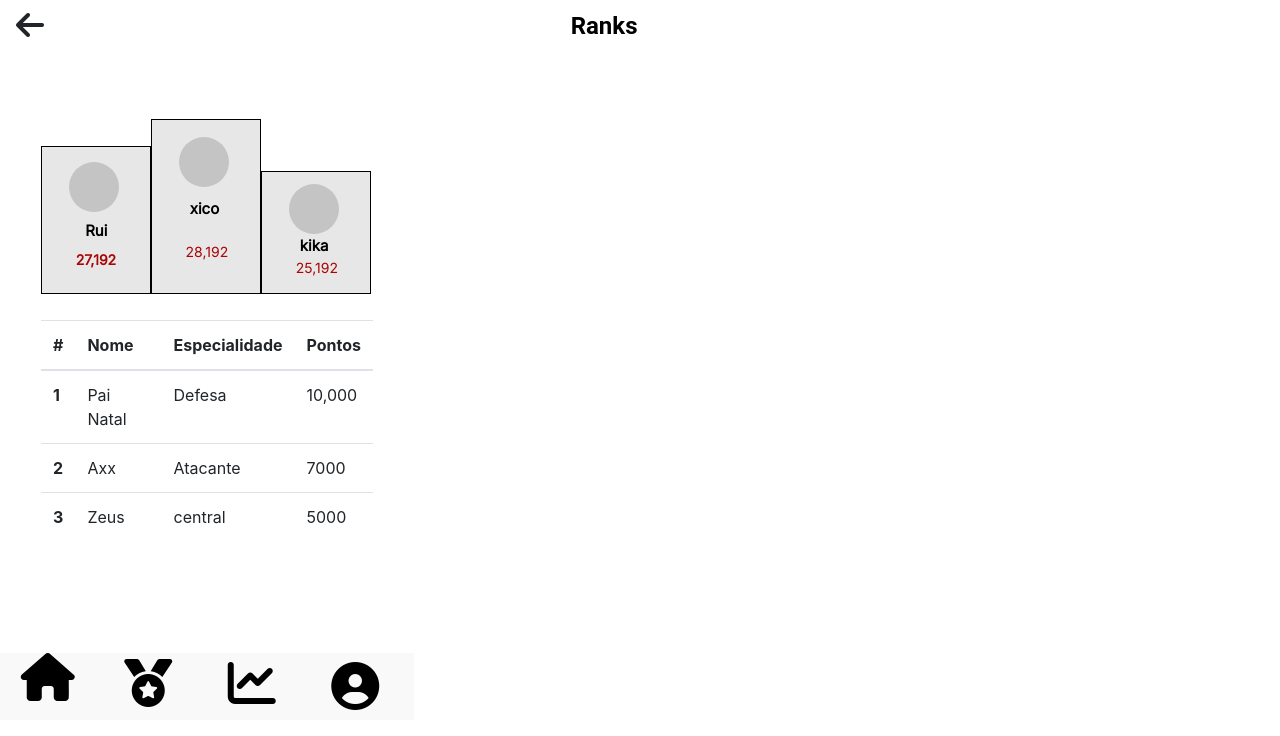
Repository: grupodetrabalhoeficiente/D213
Page: D213/Frontend/Ranks.html
The author's editor kept a record of every edit. The page is drawn from the files as they stood at one moment, then again after the next edit.
The browser window is 1280 px wide. The pictures show the whole page.
The page's requests for data from a server got no answer. Some web libraries are served in a nearby version.

Above is the page before.

### D213/Frontend/Ranks.html
<!DOCTYPE html>
<html lang="en">

<head>
  <meta name="viewport" content="width=device-width, initial-scale=1, maximum-scale=1, user-scalable=no">
  <meta charset="utf-8">
  <link href="https://fonts.googleapis.com/css?family=Inter&display=swap" rel="stylesheet" />
  <link href="Ranks.css" rel="stylesheet" />
  <script src="https://kit.fontawesome.com/e195162fd2.js" crossorigin="anonymous"></script>
  <link rel="stylesheet" href="https://stackpath.bootstrapcdn.com/bootstrap/4.5.2/css/bootstrap.min.css" integrity="sha384-JcKb8q3iqJ61gNV9KGb8thSsNjpSL0n8PARn9HuZOnIxN0hoP+VmmDGMN5t9UJ0Z" crossorigin="anonymous">
  <title>Ranking</title>
</head>

<body>
  <!--navbar-->
    <nav class="navbar fixed-top">
        <a><i id="goBack"class="fas fa-arrow-left fa-2x"></i></a>
        <span class="title">Ranks</span>
    </nav>
  <div class="Ranking">

    <div class="Primeiro_lugar">
      <span id="Nome1"class="Nome_1">xico</span>
      <span id="Pontos1" class="Pontos_1">28,192</span>
      <div id="Imagem1"class="Imagem_1"></div>
    </div>
    <div class="Segundo_lugar">
      <span id="Nome2"class="Nome_2">Rui</span>
      <span id="Pontos2"class="Pontos_2">27,192</span>
      <div id="Imagem2"class="Imagem_2"></div>
    </div>

    <div class="Terceiro_lugar">
      <span id="Nome3"class="Nome_3">kika</span>
      <span id="Pontos3"class="Pontos_3">25,192</span>
      <div id="Imagem3"class="Imagem_3"></div>
    </div>
    <section class="tabela_ranks">
      <table id="table" class="table">
        <thead>
          <tr>
            <th scope="col">#</th>
            <th scope="col">Nome</th>
            <th scope="col">Especialidade</th>
            <th scope="col">Pontos</th>
          </tr>
        </thead>
        <tbody>
          <tr>
            <th scope="row">1</th>
            <td>Pai Natal</td>
            <td>Defesa</td>
            <td>10,000</td>
          </tr>
          <tr>
            <th scope="row">2</th>
            <td>Axx</td>
            <td>Atacante</td>
            <td>7000</td>
          </tr>
          <tr>
            <th scope="row">3</th>
            <td>Zeus</td>
            <td>central</td>
            <td>5000</td>
          </tr>
        </tbody>
      </table>
    </section>
     <nav class="menubar fixed-bottom">
        <ul class="nav navbar-nav">
          <li><a href="MenuPrincipal.html"><i class="fa fa-home fa-3x"></i></a></li>
          <li><a href="#"><i class="fa fa-medal fa-3x"></i></a></li>
          <li><a href="HistoricoOcorrencias.html"><i class="fa fa-chart-line fa-3x"></i></a></li>
          <li><a href="PerfilUpdate.html"><i class="fas fa-user-circle fa-3x"></i></a></li>
        </ul>
      </nav>
  </div>
  <script src="https://code.jquery.com/jquery-3.5.1.slim.min.js" integrity="sha384-DfXdz2htPH0lsSSs5nCTpuj/zy4C+OGpamoFVy38MVBnE+IbbVYUew+OrCXaRkfj" crossorigin="anonymous"></script>
  <script src="https://cdn.jsdelivr.net/npm/bootstrap@4.5.3/dist/js/bootstrap.bundle.min.js" integrity="sha384-ho+j7jyWK8fNQe+A12Hb8AhRq26LrZ/JpcUGGOn+Y7RsweNrtN/tE3MoK7ZeZDyx" crossorigin="anonymous"></script>
  <script type="text/javascript" src="./fetch/ranks.controller.js"></script>
</body>

</html>

### D213/Frontend/Ranks.css

.Ranking {
  width: 414px;
  height: 736px;
  background: rgba(255,255,255,1);
  opacity: 1;
  position: absolute;
  top: 0px;
  left: 0px;
  overflow: hidden;
}
.title {
  color: rgba(0,0,0,1);
  font-family: Roboto;
  font-weight:Bolder;
  font-size: 24px;
  opacity: 1;
  z-index:1;
  position:relative;
  margin-left:auto;
  margin-right:auto;
  right:4%;
}
.Titulo_pagina{
   display: inline-block;
   text-align:center;
   font-size:20px;
   font-family: 'Inter', sans-serif;
   font-weight: bold;
   top: 10%;
   position:relative;
  }
  #nav_top_ranks {
    width: 100%;
    display: inline-block;
    text-align: center;
    padding: 0;
    list-style: none;
    background-color: 0;
    margin-left: 0px;
    margin-top:10px;
  }

  /*quadrados dos ranks*/
.Primeiro_lugar {
  width: 110px;
  height: 175px;
  background: rgba(231,231,231,1);
  opacity: 1;
  position: absolute;
  top: 119px;
  left: 151px;
  border: 1px solid rgba(0,0,0,1);
  overflow: hidden;
}
.Segundo_lugar {
  width: 110px;
  height: 148px;
  background: rgba(231,231,231,1);
  opacity: 1;
  position: absolute;
  top: 146px;
  left: 41px;
  border: 1px solid rgba(0,0,0,1);
  overflow: hidden;
}
.Terceiro_lugar {
  width: 110px;
  height: 123px;
  background: rgba(231,231,231,1);
  opacity: 1;
  position: absolute;
  top: 171px;
  left: 261px;
  border: 1px solid rgba(0,0,0,1);
  overflow: hidden;
}

.Nome_2 {
  width: fit-content;
  color: rgba(0,0,0,1);
  position: absolute;
  top: 50%;
  left: 40%;
  font-family: 'Inter', sans-serif;
  font-weight: bold;
  font-size: 15px;
  opacity: 1;
  text-align: center;
}
.Nome_1 {
  width: fit-content;
  color: rgba(0,0,0,1);
  position: absolute;
  top: 45%;
  left: 35%;
  font-family: 'Inter', sans-serif;
  font-weight: bolder;                        /* font-weight: normal,bold,bolder,lighter,100,200,300,400,500,600,700,800,900  */
  font-size: 15px;
  opacity: 1;
  text-align: center;
}
.Nome_3 {
  width: fit-content;
  color: rgba(0,0,0,1);
  position: absolute;
  top: 52%;
  left: 35%;
  font-family: 'Inter', sans-serif;
  font-weight: bolder;
  font-size: 15px;
  opacity: 1;
  text-align: center;
}
.Imagem_2 {
  width: 50px;
  height: 50px;
  background: rgba(196,196,196,1);
  opacity: 1;
  position: absolute;
  top: 10%;
  left: 25%;
  border-radius: 50%;
}
.Imagem_3 {
  width: 50px;
  height: 50px;
  background: rgba(196,196,196,1);
  opacity: 1;
  position: absolute;
  top: 10%;
  left: 25%;
  border-radius: 50%;
}
.Imagem_1 {
  width: 50px;
  height: 50px;
  background: rgba(196,196,196,1);
  opacity: 1;
  position: absolute;
  top: 10%;
  left: 25%;
  border-radius: 50%;
}
.Pontos_2 {
  width: 43px;
  color: rgba(171,4,4,1);
  position: absolute;
  top: 70%;
  left: 30%;
  font-family: 'Inter', sans-serif;
  font-weight: bold;
  font-size: 14px;
  opacity: 1;
  text-align: center;
}
.Pontos_3 {
  width: 45px;
  color: rgba(171,4,4,1);
  position: absolute;
  top: 70%;
  left: 30%;
  font-family: 'Inter', sans-serif;
  font-weight: Semi Bold;
  font-size: 14px;
  opacity: 1;
  text-align: center;
}
.Pontos_1 {
  width: 45px;
  color: rgba(171,4,4,1);
  position: absolute;
  top: 70%;
  left: 30%;
  font-family: 'Inter', sans-serif;
  font-size: 14px;
  opacity: 1;
  text-align: center;
}

/*fim do quadro de rank*/
.tabela_ranks {
  width: 332px;
  height: 323px;
  background: rgba(255,255,255,0);
  opacity: 1;
  position: absolute;
  top: 320px;
  left: 41px;
  overflow: hidden;
}
/* Bottom Bar */
.menubar {
    width:100%;
    height:100%;
    max-height:67px;
    max-width:414px;
    background-color: rgba(226,225,225,0.2199999988079071);
    z-index:1;
    float: center;
    overflow: hidden;
    display:block;
}
.menubar i:hover {
    color:red;
}
.fa-home {
    color: rgba(0,0,0,1);
    opacity: 1;
    position: relative;
    top: 10%;
    left:5%;
    z-index:2;
}
.fa-medal {
    color: rgba(0,0,0,1);
    opacity: 1;
    position: absolute;
    bottom: 20%;
    left: 30%;
    z-index:2;
}
.fa-chart-line {
    color: rgba(0,0,0,1);
    opacity: 1;
    position: absolute;
    bottom: 20%;
    left: 55%;
    z-index:2;
}
.fa-user-circle {
    color: rgba(0,0,0,1);
    opacity: 1;
    position: absolute;
    bottom: 15%;
    left: 80%;
    z-index:2;
}
/*Fim da bottom bar*/

### D213/Frontend/fetch/ranks.controller.js
 function fillTable() {
     fetch('https://bdc5dcf6bca04b39ab10a706cdb79f29.vfs.cloud9.us-east-1.amazonaws.com/operationals')
         .then(res => res.json())
         .then((out) => {
             let count = 1;
             $('#table tbody').empty();
             $.each(out, function(index, value) {
                 if (value.points != undefined) {
                     if (count == 1) {
                         document.getElementById("Nome1").innerHTML = value.name;
                         document.getElementById("Pontos1").innerHTML = value.points; // mudar isto para a funçae certa
                         count++;
                     }
                     else {
                         if (count == 2) {
                             document.getElementById("Nome2").innerHTML = value.name;
                             document.getElementById("Pontos2").innerHTML = value.points; // mudar isto para a funçae certa
                             count++;
                         }
                         else {
                             if (count == 3) {
                                 document.getElementById("Nome3").innerHTML = value.name;
                                 document.getElementById("Pontos3").innerHTML = value.points; // mudar isto para a funçae certa
                                 count++;
                             }
                             else {
                                 $('#table tbody').append('<tr><th scope="row">' + count + '</th><td>' + value.name + '</td><td>' + value.speciality + '</td><td>' + value.points + '</td></tr>')
                                 count++;
                             }
                         }
                     }
                 }
                 else {
                     if (count == 1) {
                         document.getElementById("Nome1").innerHTML = value.name;
                         document.getElementById("Pontos1").innerHTML = "0"; // mudar isto para a funçae certa
                         count++;
                     }
                     else {
                         if (count == 2) {
                             document.getElementById("Nome2").innerHTML = value.name;
                             document.getElementById("Pontos2").innerHTML = "0"; // mudar isto para a funçae certa
                             count++;
                         }
                         else {
                             if (count == 3) {
                                 document.getElementById("Nome3").innerHTML = value.name;
                                 document.getElementById("Pontos3").innerHTML = "0"; // mudar isto para a funçae certa
                                 count++;
                             }
                             else {
                                 $('#table tbody').append('<tr><th scope="row">' + count + '</th><td>' + value.name + '</td><td>' + value.speciality + '</td><td>' + "0" + '</td></tr>')
                                 count++;
                             }
                         }
                     }
                 }
             });
         }).catch(err => console.error(err));
 }

 $(document).ready(function() {
     fillTable();
 })

After the next edit:
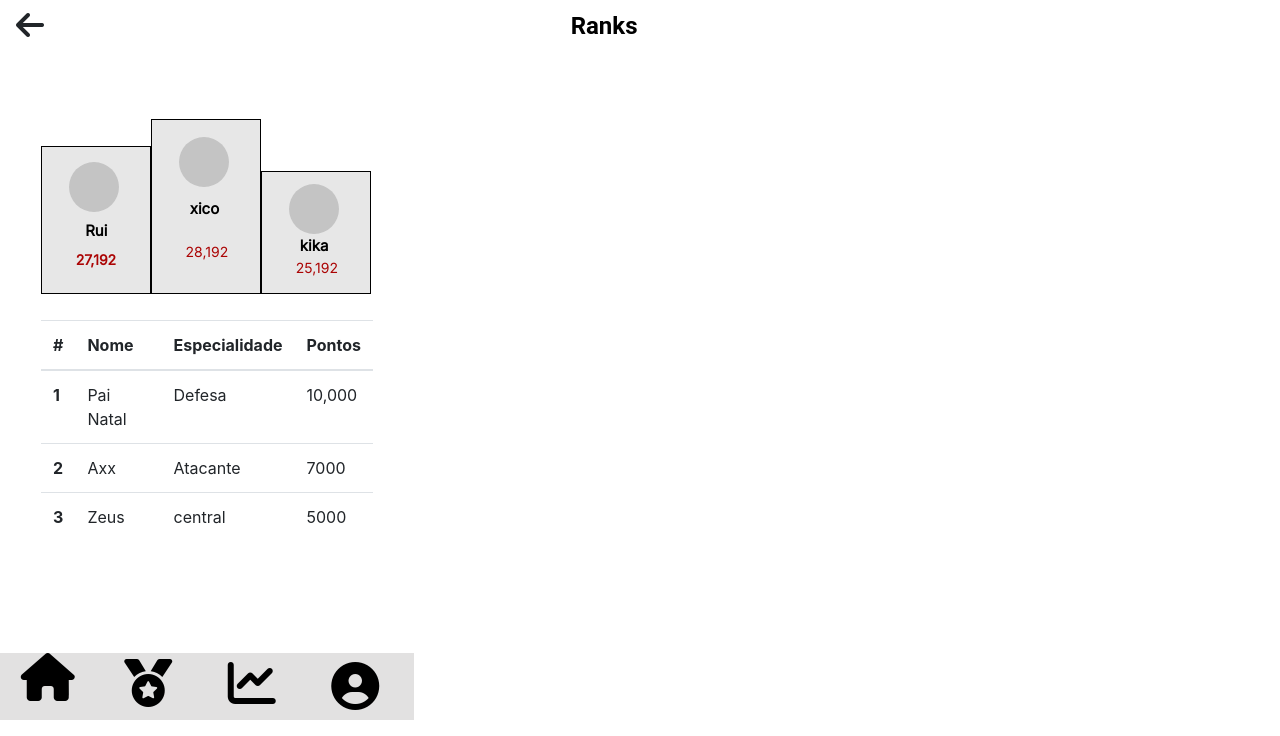
The edit:
--- a/D213/Frontend/Ranks.css
+++ b/D213/Frontend/Ranks.css
@@ -195,7 +195,7 @@
     height:100%;
     max-height:67px;
     max-width:414px;
-    background-color: rgba(226,225,225,0.2199999988079071);
+    background-color: rgba(226,225,225,1);
     z-index:1;
     float: center;
     overflow: hidden;
